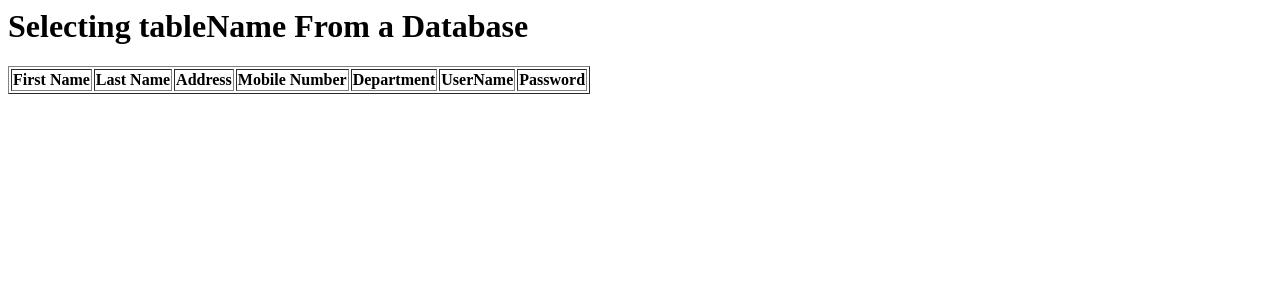
Repository: priyankamergu/MyAllProjects
Page: http://localhost/NewTrainingServlet/PerticularDetailShow.jsp
An editor plug-in stored every save of this project. The page is shown before and after the next save, followed by the edit.
The browser window is 1280 px wide. The pictures show the whole page.
The page is served by Tomcat 9. Queries for data that is not in the repository find no rows.

Above is the page before, as saved 2019-11-08 05:53:02.

After the next save:
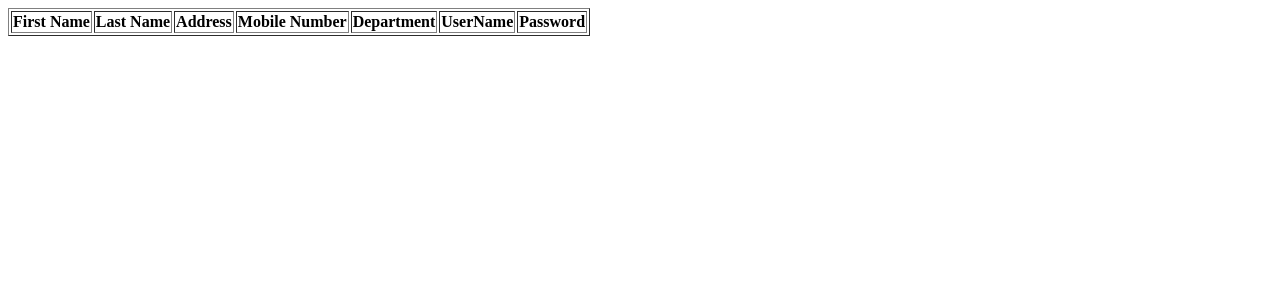
Saved 9 s later.
--- a/Workspace_JEE7_WEB/NewTrainingServlet/WebContent/PerticularDetailShow.jsp
+++ b/Workspace_JEE7_WEB/NewTrainingServlet/WebContent/PerticularDetailShow.jsp
@@ -9,7 +9,7 @@
     </HEAD>
 
     <BODY>
-        <H1>Selecting tableName From a Database</H1>
+
 
         <%
         String fname=request.getParameter("fname");
